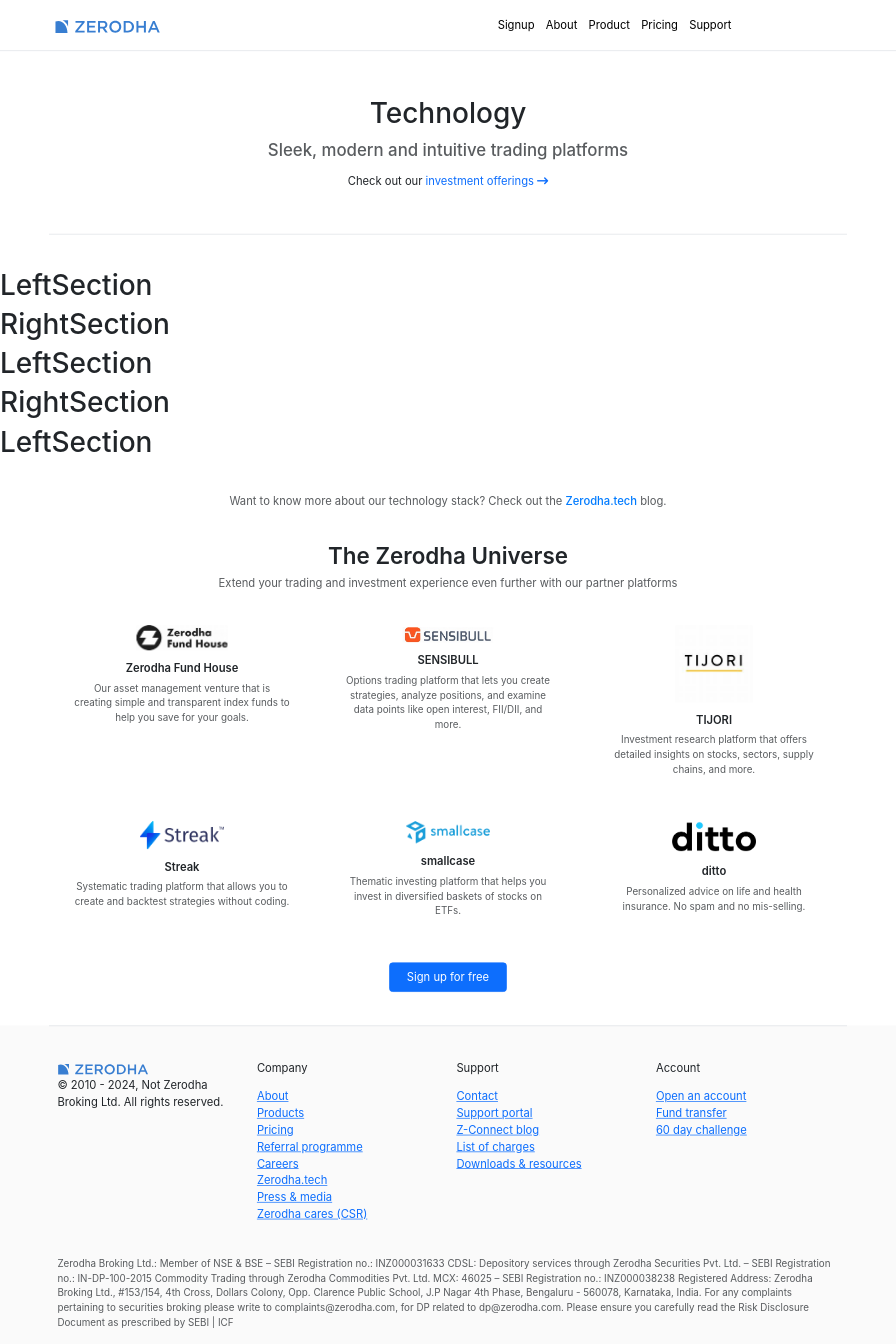
Repository: swarnabha-dutta/TradeVerse
Page: /product (app in frontend/)
These files come from the project's save history. The page is drawn as it stood at one moment and after a run of saves; the edit follows.
The browser window is 1280 px wide. The pictures show the part of the page from y = 0 to 1920 px (the page is 2152 px tall before and 3395 px after), at 70% of full size.
Some web libraries are served in a nearby version. The project was rebuilt for these pictures with package versions that can differ from the ones it lists, and the page was loaded fresh each time. Also part of the build but not shown: frontend/src/landing_page/home/Hero.jsx, frontend/src/landing_page/home/Awards.jsx, frontend/src/landing_page/home/Stats.jsx, frontend/src/landing_page/home/Pricing.jsx, frontend/src/landing_page/home/Education.jsx, frontend/src/landing_page/OpenAccount.jsx, frontend/src/landing_page/home/HomePage.jsx, frontend/src/landing_page/about/Team.jsx and 9 more. Imported but missing from the stored project, and not drawn on this page: frontend/src/landing_page/about/Hero.

Above is the page before, as saved 2025-11-12 11:39:09.

After the next 5 saves:
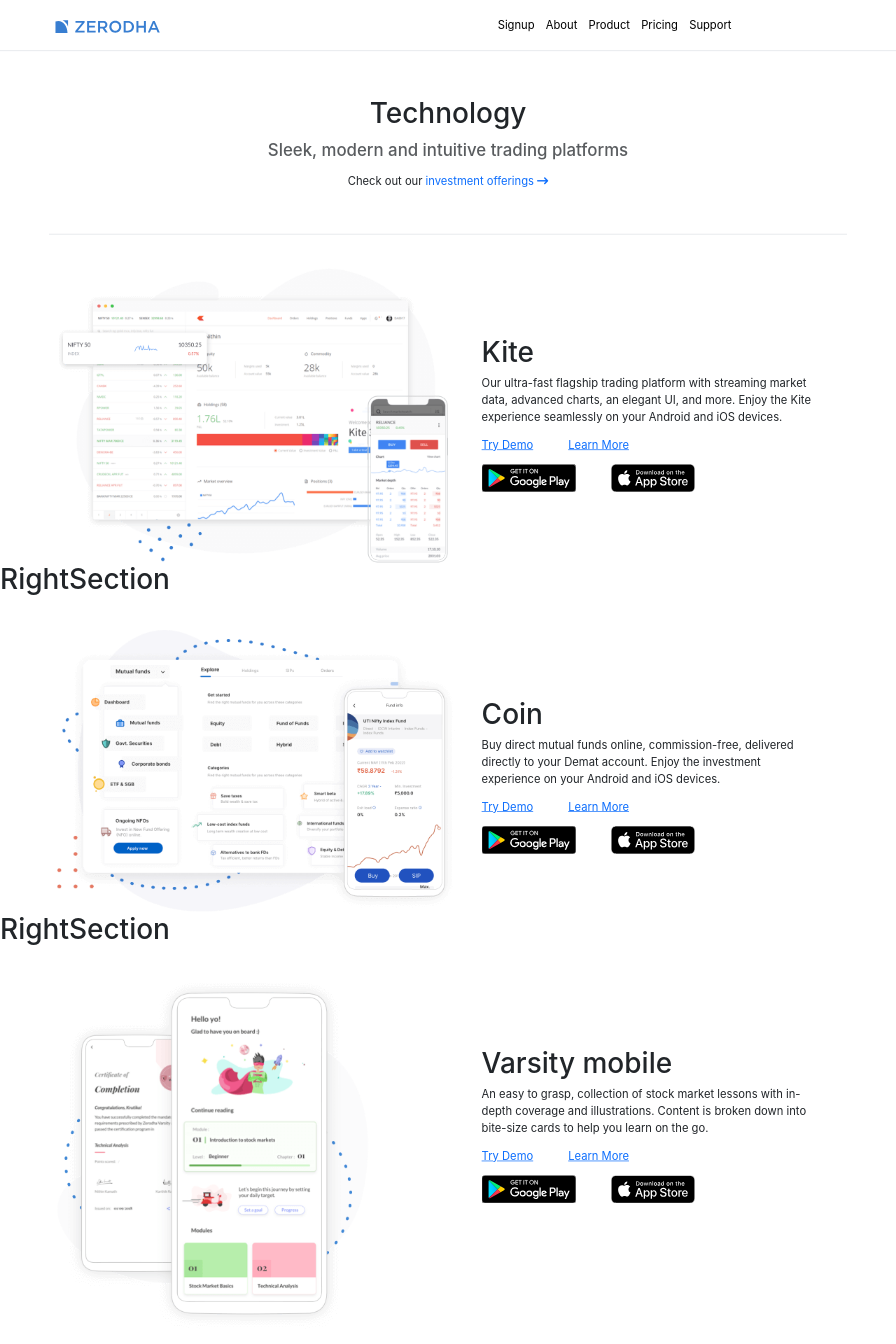
The 5 saves are shown as one change because 3 did not build or start and some came seconds apart.
The last was saved 45 s later.
--- a/frontend/src/landing_page/products/LeftSection.jsx
+++ b/frontend/src/landing_page/products/LeftSection.jsx
@@ -1,3 +1,4 @@
+/* eslint-disable jsx-a11y/alt-text */
 import React from 'react'
 
 const LeftSection = ({
@@ -9,9 +10,36 @@
     googlePlay,
     appStore,
 }) => {
-    return (
-        <h1>LeftSection</h1>
-    )
+        return (
+        <div className="container mt-5">
+        <div className="row">
+            <div className="col-6">
+            <img src={imageURL} />
+            </div>
+            <div className="col-6 p-5 mt-5">
+            <h1>{productName}</h1>
+            <p>{productDescription}</p>
+            <div>
+                <a href={tryDemo}>Try Demo</a>
+                <a href={learnMore} style={{ marginLeft: "50px" }}>
+                Learn More
+                </a>
+            </div>
+            <div className="mt-3">
+                <a href={googlePlay}>
+                <img src="media/images/googlePlayBadge.svg" />
+                </a>
+                <a href={appStore}>
+                <img
+                    src="media/images/appstoreBadge.svg"
+                    style={{ marginLeft: "50px" }}
+                />
+                </a>
+            </div>
+            </div>
+        </div>
+        </div>
+        );
 }
 
 export default LeftSection
